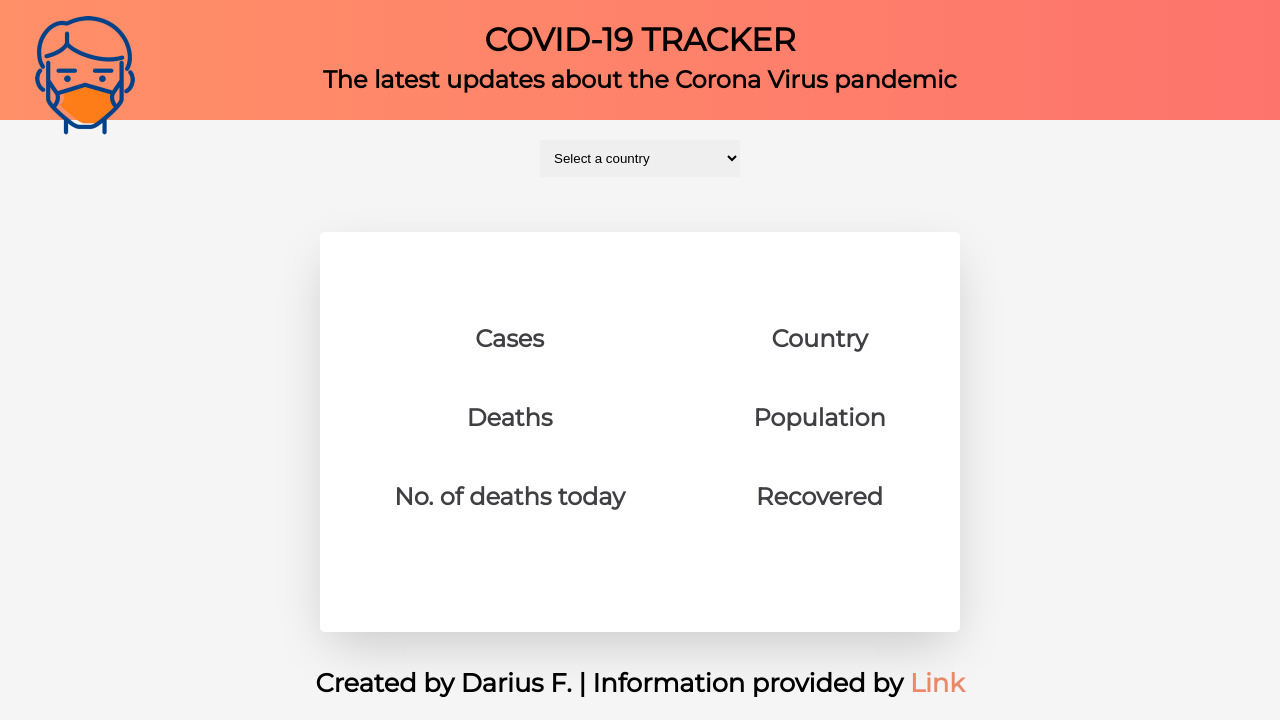
Repository: dariusfarcasanu/Covid-Tracker
Page: index.html
These files come from the project's save history. The page is drawn as it stood at one moment and after a run of saves; the edit follows.
The browser window is 1280 px wide. The pictures show the whole page.
The page's requests for data from a server got no answer.

Above is the page before, as saved 2021-05-12 16:18:34.

After the next 2 saves:
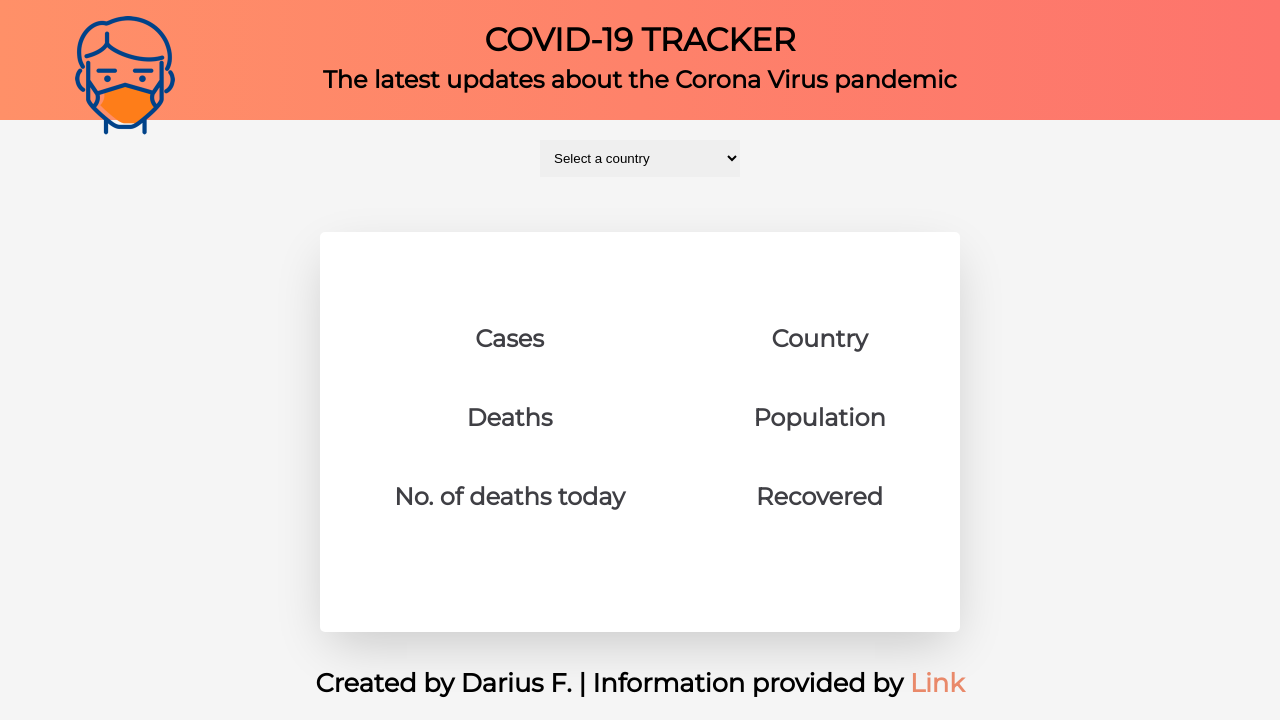
The 2 saves are shown as one change because they came seconds apart.
The last was saved 7 s later.
--- a/styles.css
+++ b/styles.css
@@ -34,7 +34,7 @@ header {
 .image-container img {
   position: absolute;
   top: 0;
-  left: 10px;
+  left: 50px;
   max-width: 100%;
   display: block;
   height: auto;
